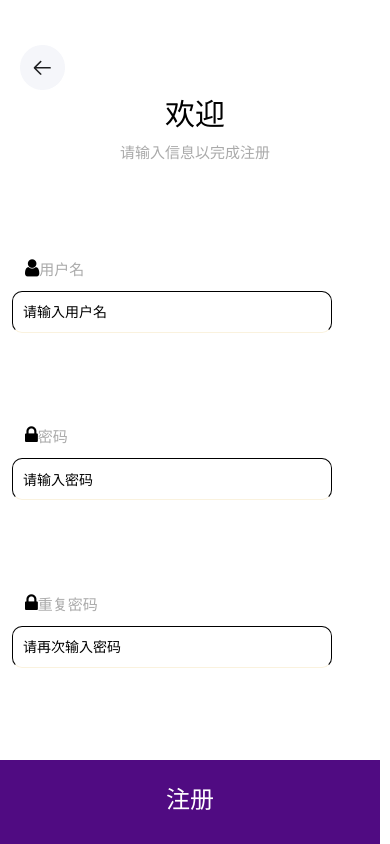
Repository: eyebone/barManager
Screen: /sign
The author's editor kept a copy of each file at every save. The screen is drawn from the files as they stood at one save, then again after the next save.
The app was drawn by React Native's web renderer in a window 390 px wide. The project was rebuilt for these pictures with package versions that can differ from the ones it lists, and the page was loaded fresh each time. Some packages were replaced by stand-ins written for this rebuild. Also part of the build but not shown: components/EmojiPicker.js, components/Button.js, components/ImageViewer.js, components/circleButton.js, components/IconButton.js, view/ViewOne.js, view/Main.js.

Above is the screen before, as saved 2023-06-26 16:38:42.

After the next save:
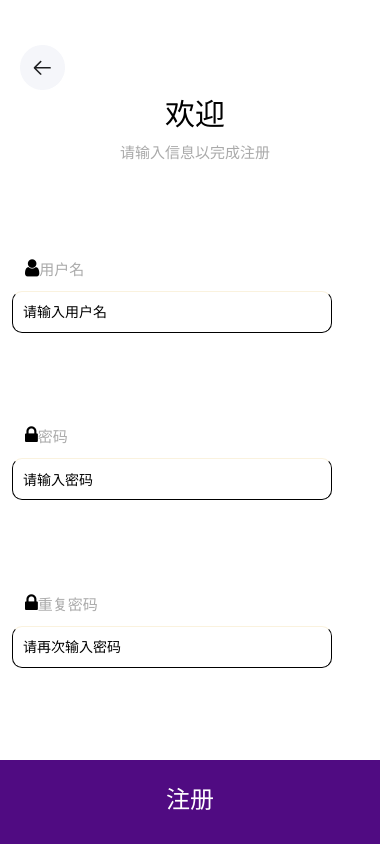
Saved 10 s later.
--- a/view/Sign.js
+++ b/view/Sign.js
@@ -154,6 +154,6 @@ const styles = StyleSheet.create({
     padding: 10,
     width: 320,
     borderRadius: 10,
-    borderBottomColor:"#faf2de",
+    borderTopColor:"#faf2de",
   },
 });
